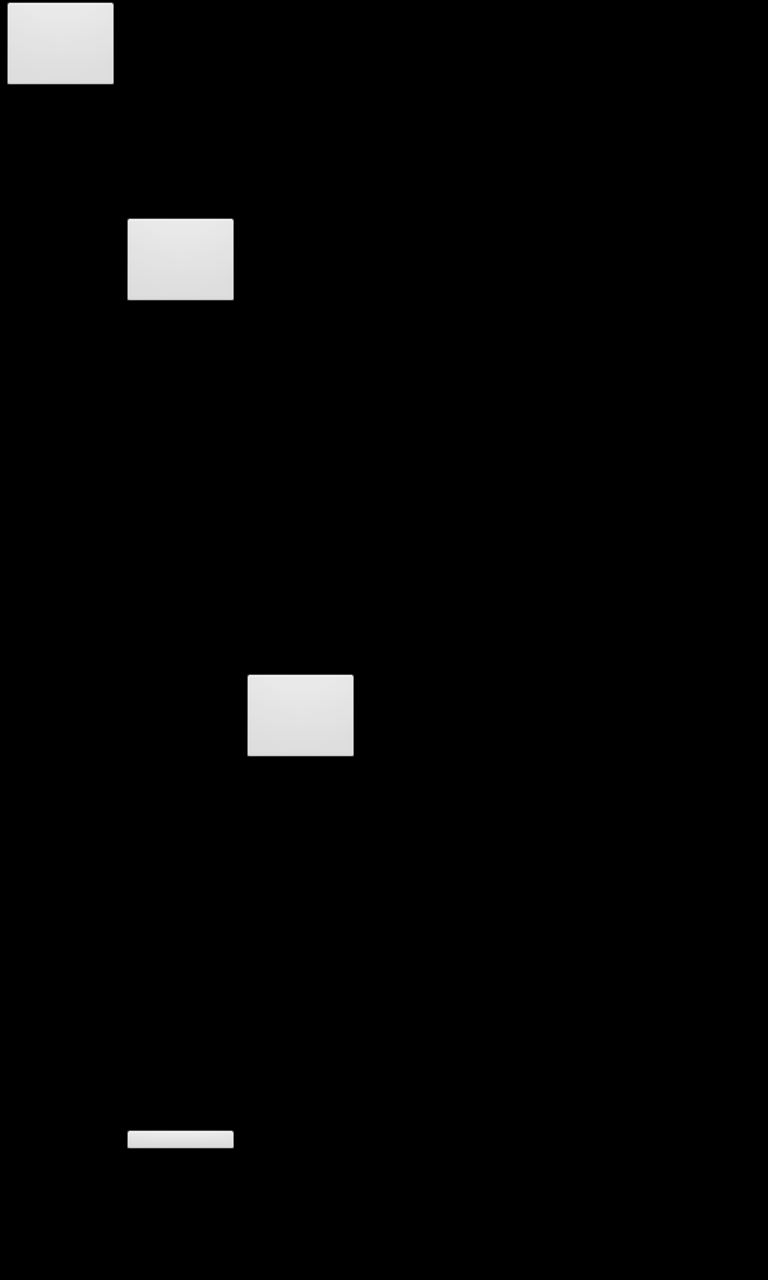
Repository: androportal/APL-apk
Layout: test/imagebuttons/res/layout/main.xml
These files come from the project's save history. The layout is drawn as it stood at one moment and after the next save; the edit follows.
It is drawn on a 768 x 1280 px phone screen (xhdpi) without system bars, with theme android:Theme; the app's code is not run.

Above is the layout before, as saved 2012-05-21 18:01:35.

### test/imagebuttons/res/layout/main.xml
<?xml version="1.0" encoding="utf-8"?>
<LinearLayout xmlns:android="http://schemas.android.com/apk/res/android"
    android:layout_width="fill_parent"
    android:layout_height="fill_parent"
    android:orientation="vertical" >

    <ImageButton
        android:id="@+id/ImageButton07"
        android:layout_width="61dp"
        android:layout_height="wrap_content"
        android:layout_margin="0dp"
        android:src="@drawable/i" />

    <ImageButton
        android:id="@+id/ImageButton06"
        android:layout_width="61dp"
        android:layout_height="wrap_content"
        android:src="@drawable/i"
        android:tint="#067837"
        android:layout_margin="60dp" />

    <ImageButton
        android:id="@+id/ImageButton05"
        android:layout_width="61dp"
        android:layout_height="wrap_content"
        android:src="@drawable/i"
        android:layout_margin="120dp" />

    <ImageButton
        android:id="@+id/ImageButton03"
        android:layout_width="61dp"
        android:layout_height="wrap_content"
        android:src="@drawable/i"
        android:layout_margin="60dp" />

    <ImageButton
        android:id="@+id/ImageButton04"
        android:layout_width="61dp"
        android:layout_height="wrap_content"
        android:src="@drawable/i" />

</LinearLayout>

### test/imagebuttons/res/drawable/i.xml
<?xml version="1.0" encoding="utf-8"?>
<selector xmlns:android="http://schemas.android.com/apk/res/android" >
    <item
        android:state_pressed="true"
        android:drawable="@drawable/button_pressed"
      >
     <item android:state_focused="true"

           android:drawable="@drawable/button_focussed" /> <!-- focused -->
     <item android:drawable="@drawable/button_normal"/> </item>
     </selector>

After the next save:
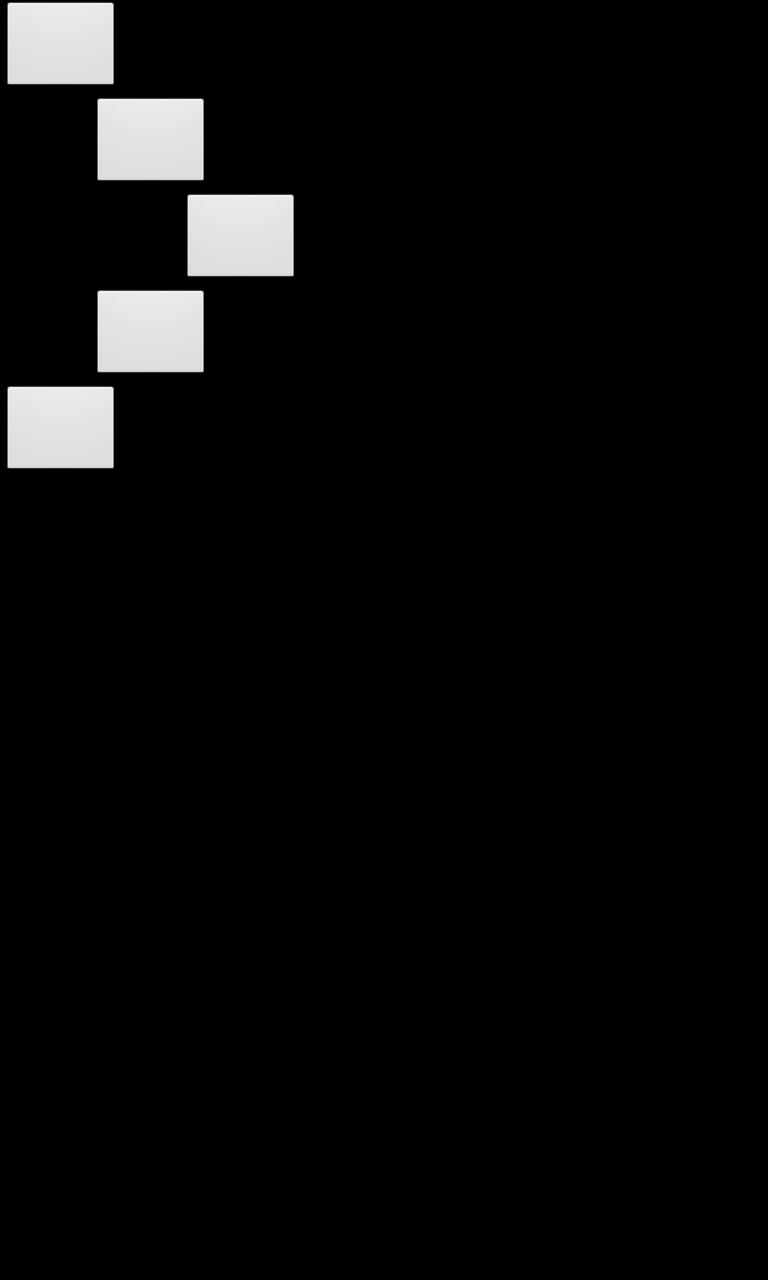
Saved 2 min 3 s later.
--- a/test/imagebuttons/res/layout/main.xml
+++ b/test/imagebuttons/res/layout/main.xml
@@ -17,26 +17,27 @@
         android:layout_height="wrap_content"
         android:src="@drawable/i"
         android:tint="#067837"
-        android:layout_margin="60dp" />
+        android:layout_marginLeft="45" />
 
     <ImageButton
         android:id="@+id/ImageButton05"
         android:layout_width="61dp"
         android:layout_height="wrap_content"
         android:src="@drawable/i"
-        android:layout_margin="120dp" />
+         android:layout_marginLeft="90"/>
 
     <ImageButton
         android:id="@+id/ImageButton03"
         android:layout_width="61dp"
         android:layout_height="wrap_content"
         android:src="@drawable/i"
-        android:layout_margin="60dp" />
+      android:layout_marginLeft="45"/>
 
     <ImageButton
         android:id="@+id/ImageButton04"
         android:layout_width="61dp"
         android:layout_height="wrap_content"
-        android:src="@drawable/i" />
+        android:src="@drawable/i"
+         android:layout_marginLeft="0"/>
 
 </LinearLayout>
